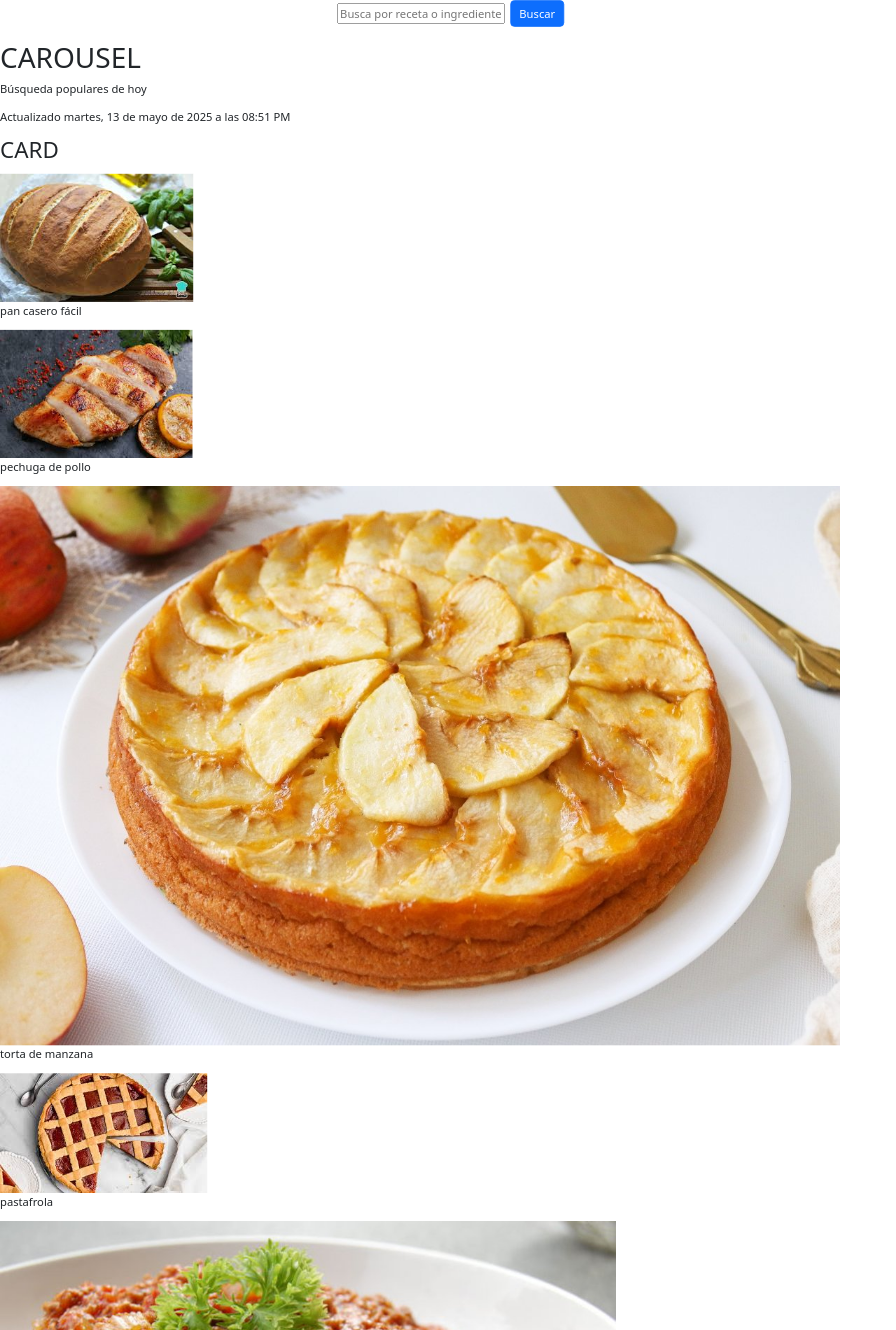
Repository: lucasp3113/coockpad
Page: index.html
These files come from the project's save history. The page is drawn as it stood at one moment and after the next save; the edit follows.
The browser window is 1280 px wide. The pictures show the part of the page from y = 336 to 2236 px (the page is 3670 px tall before and 3678 px after), at 70% of full size.
A picture or video elsewhere on the page could not be fetched, so the positions and the page height are approximate.

Above is the page before, as saved 2025-05-14 09:07:50.

### index.html
<!DOCTYPE html>
<html lang="es">
<head>
    <meta charset="UTF-8" />
    <meta name="viewport" content="width=device-width, initial-scale=1.0" />
    <title>Lamine Yamal</title>
    <link rel="stylesheet" href="style.css" />
    <link href="https://cdn.jsdelivr.net/npm/bootstrap@5.3.6/dist/css/bootstrap.min.css" rel="stylesheet" integrity="sha384-4Q6Gf2aSP4eDXB8Miphtr37CMZZQ5oXLH2yaXMJ2w8e2ZtHTl7GptT4jmndRuHDT" crossorigin="anonymous">
    <script src="https://cdn.jsdelivr.net/npm/bootstrap@5.3.6/dist/js/bootstrap.bundle.min.js" integrity="sha384-j1CDi7MgGQ12Z7Qab0qlWQ/Qqz24Gc6BM0thvEMVjHnfYGF0rmFCozFSxQBxwHKO" crossorigin="anonymous"></script>
</head>
<body>
    <header class="d-flex flex-row d-flex justify-content-center d-flex align-items-center m-3">
        <img src="logo_coockpad.png" alt="" />
        <h1>cookpad</h1>
    </header>
    <nav class="d-flex flex-row d-flex justify-content-center d-flex align-items-center m-3">
        <input type="text" class="m-2" placeholder="Busca por receta o ingredientes"/>
        <button type="submit" class="btn btn-primary">Buscar</button>
    </nav>
    <main>
        <section>
            <h1>CAROUSEL</h1>
        </section>
        <article>
            <p>Búsqueda populares de hoy</p>
            <p>Actualizado martes, 13 de mayo de 2025 a las 08:51  PM</p>
        </article>
        <section>
            <section>
                <figure>
                    <h2>CARD</h2>
                </figure>
                <figure>
                    <img src="pan.png" alt="" />
                    <p>pan casero fácil</p>
                </figure>
                <figure>
                    <img src="pechuga.png" alt="" />
                    <p>pechuga de pollo</p>
                </figure>
                <figure>
                    <img src="tarta-de-manzana.png" alt="" />
                    <p>torta de manzana</p>
                </figure>
            </div>
            </section>
            <section>
                <figure>
                    <img src="pastaflora.png" alt="" />
                    <p>pastafrola</p>
                </figure>
                <figure>
                    <img src="fideos.jpg" alt="" />
                    <p>fideos caseros</p>
                </figure>
                <figure>
                    <img src="panqueques.jpeg" alt="" />
                    <p>panqueques para canelones</p>
                </figure>
                <figure>
                    <img src="locro.png" alt="" />
                    <p>locro argentino</p>
                </figure>
            </section>
        </section>
    </main>
</body>
</html>

### style.css
.hola{
    color:red
}

After the next save:
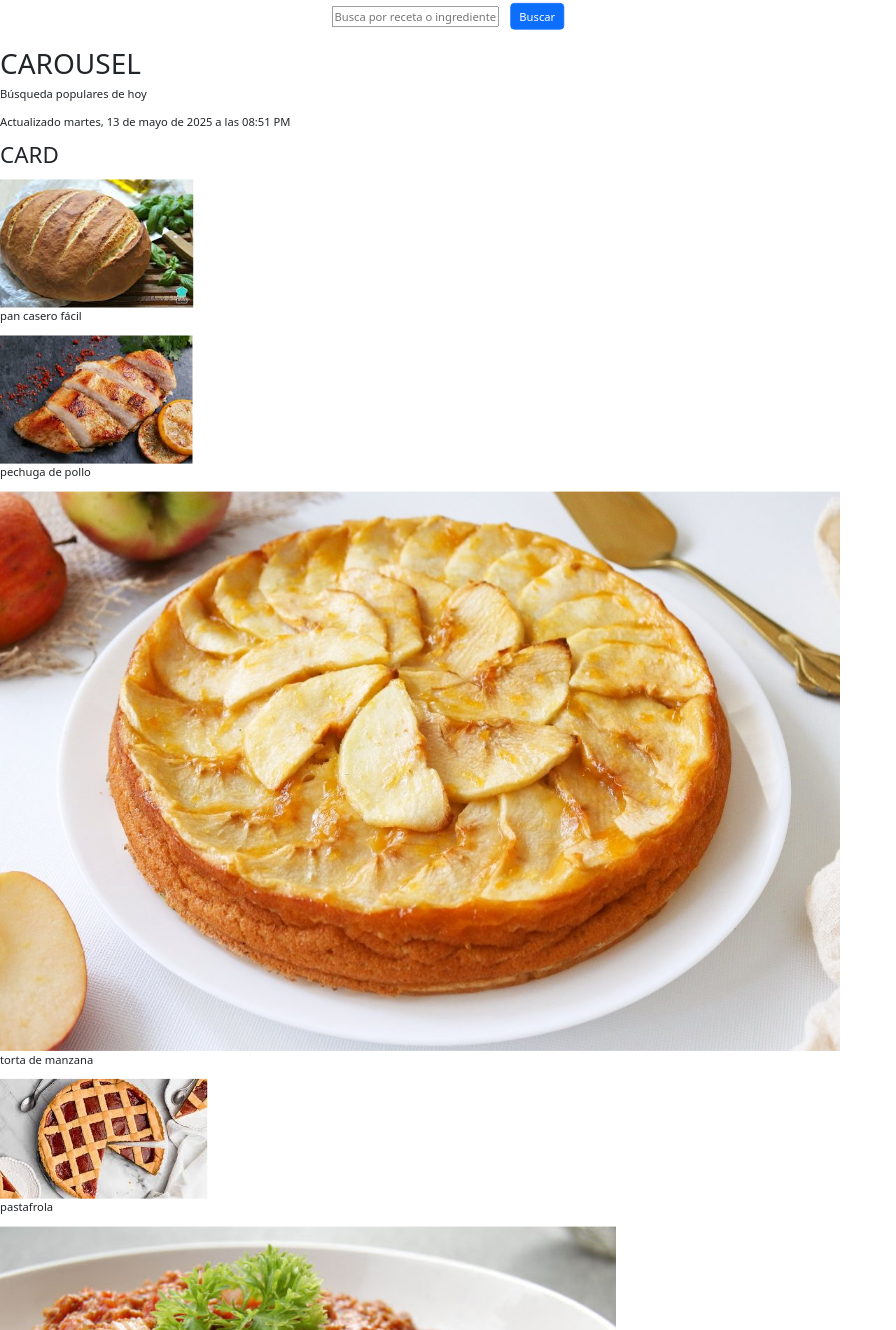
Saved 9 s later.
--- a/index.html
+++ b/index.html
@@ -15,7 +15,7 @@
     </header>
     <nav class="d-flex flex-row d-flex justify-content-center d-flex align-items-center m-3">
         <input type="text" class="m-2" placeholder="Busca por receta o ingredientes"/>
-        <button type="submit" class="btn btn-primary">Buscar</button>
+        <button type="submit" class="btn btn-primary m-2">Buscar</button>
     </nav>
     <main>
         <section>

After the save that followed:
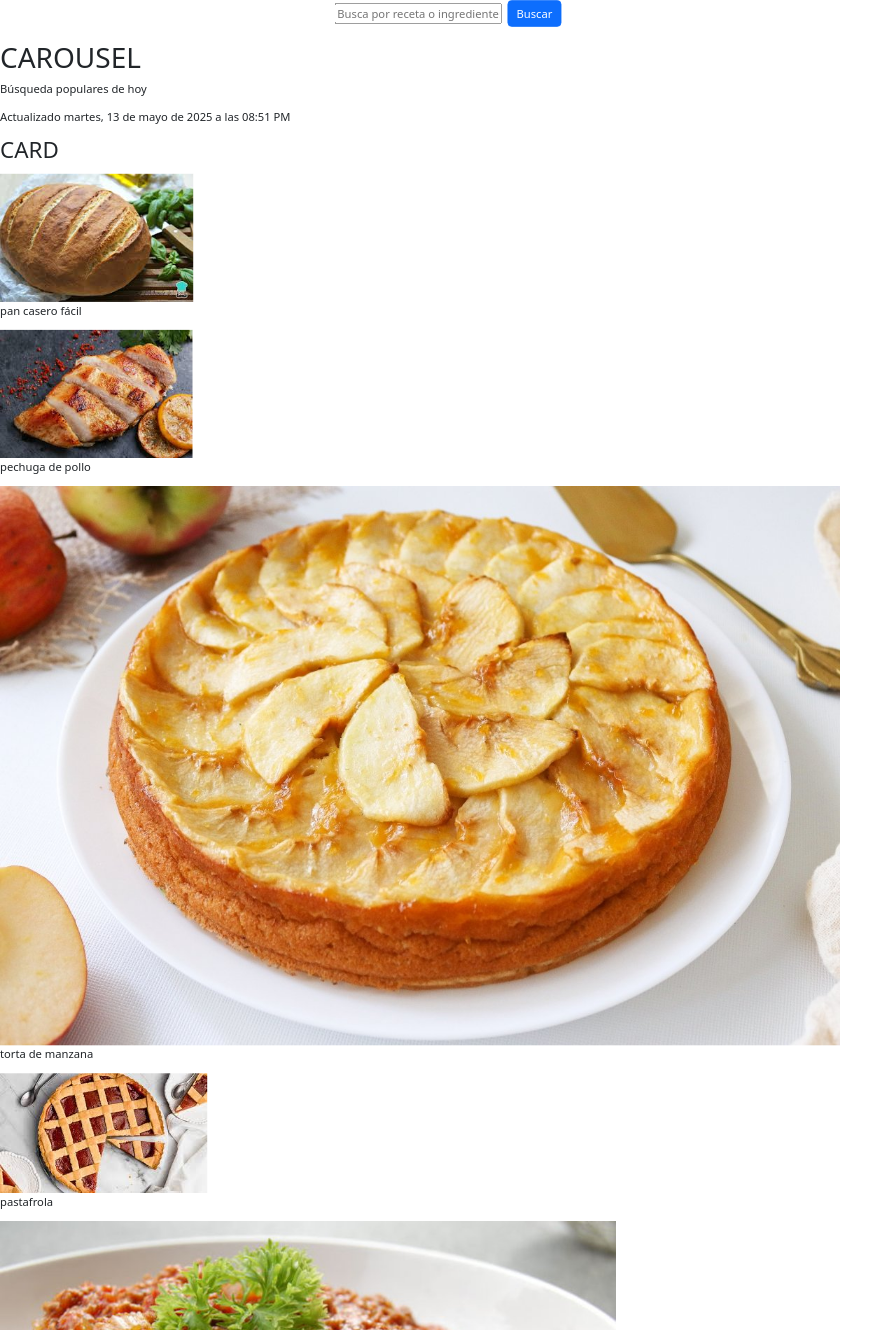
Saved 15 s later.
--- a/index.html
+++ b/index.html
@@ -14,8 +14,8 @@
         <h1>cookpad</h1>
     </header>
     <nav class="d-flex flex-row d-flex justify-content-center d-flex align-items-center m-3">
-        <input type="text" class="m-2" placeholder="Busca por receta o ingredientes"/>
-        <button type="submit" class="btn btn-primary m-2">Buscar</button>
+        <input type="text" class="m-1" placeholder="Busca por receta o ingredientes"/>
+        <button type="submit" class="btn btn-primary m-1">Buscar</button>
     </nav>
     <main>
         <section>
